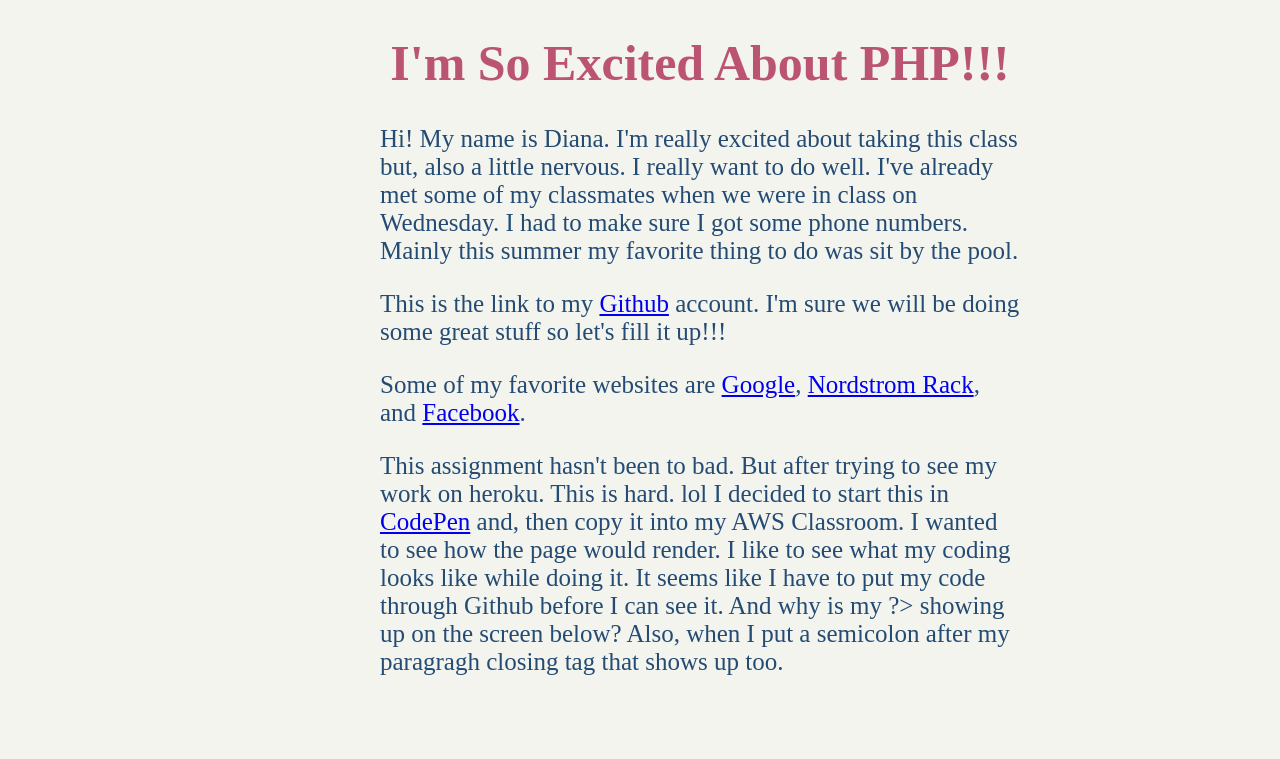
Repository: rockondiana0416/cosw30
Page: http://localhost/labwork/lab1.php
The author's editor kept a record of every edit. The page is drawn from the files as they stood at one moment, then again after the next edit.
The browser window is 1280 px wide. The pictures show the whole page.
The page is run by PHP 8.4 with error messages shown; the project is at /var/www/html/.

Above is the page before.

### labwork/lab1.php
<!doctype html>
<html>
    <head>
        <title>
            Labwork 1: Hello, World!!
        </title>

        <link href="https://fonts.googleapis.com/css?family=Fredericka+the+Great&display=swap">
        <link href="https://fonts.googleapis.com/css?family=Old+Standard+TT&display=swap">

      <style>

        h1 {
          font-size: 50px;
          text-align: center;
          color: #bb5372;
          font-family: 'Fredericka the Great', cursive;
        }
        body {
          font-family: font-family: 'Old Standard TT', serif;
          font-size: 25px;
          background: #f3f4ed;
          width: 50%;
          margin: 10px 0px 10px 380px;
          color: #244b74;
        }
      </style>
    </head>
    <body>
        <h1>I'm So Excited About PHP!!!</h1>
        <p>Hi! My name is Diana. I'm really excited about taking this class but,
        also a little nervous. I really want to do well. I've already met some of my classmates when
        we were in class on Wednesday. I had to make sure I got some phone numbers. Mainly this summer
        my favorite thing to do was sit by the pool.</p>

        <p>This is the link to my <a href='https://github.com/rockondiana0416/cosw30 target=\\"_blank\\"'>Github</a> account.
        I'm sure we will be doing some great stuff so let's fill it up!!!</p>
        <?php
            /* lab1.php
            Diana Hinchcliffe
            September 1, 2019 */

            echo "<p>Some of my favorite websites are <a href='https:www.google.com/' target='_blank'>Google</a>,
            <a href ='https://www.nordstromrack.com/' target='_blank'>Nordstrom Rack</a>, and <a href='https://www.facebook.com/'
            target=_'blank'>Facebook</a>.</p>

            <p>This assignment hasn't been to bad. But after trying to see my work on heroku. This is hard. lol I decided to start this in <a href='https://codepen.io/rockondiana/pen/yLBoWYK?editors=1100' target=_'blank'>CodePen</a>
            and, then copy it into my AWS Classroom. I wanted to see how the page would render. I like to see what my coding looks like while doing it. It seems
            like I have to put my code through Github before I can see it. And why is my ?> showing up on the screen below? Also, when I put a semicolon after my paragragh closing tag that shows up too. </p>";
        ?>
    </body>
</html>

After the next edit:
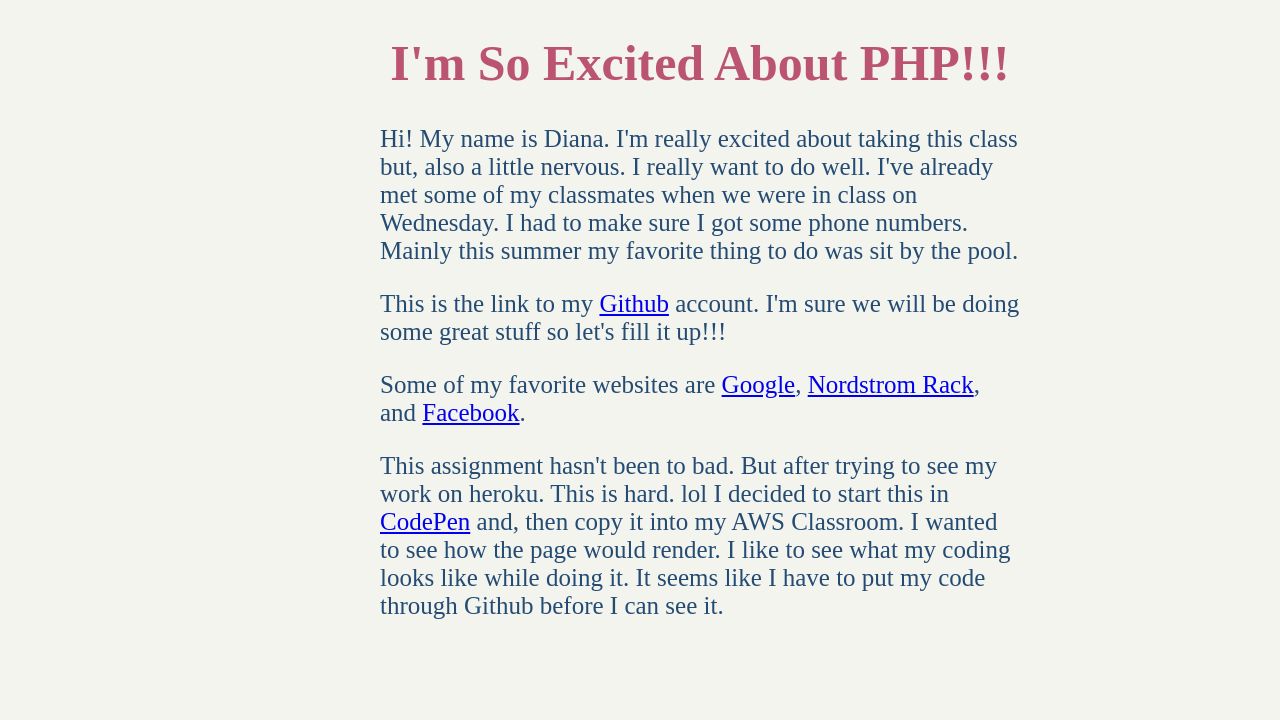
The edit:
--- a/labwork/lab1.php
+++ b/labwork/lab1.php
@@ -44,9 +44,11 @@
             <a href ='https://www.nordstromrack.com/' target='_blank'>Nordstrom Rack</a>, and <a href='https://www.facebook.com/'
             target=_'blank'>Facebook</a>.</p>
 
-            <p>This assignment hasn't been to bad. But after trying to see my work on heroku. This is hard. lol I decided to start this in <a href='https://codepen.io/rockondiana/pen/yLBoWYK?editors=1100' target=_'blank'>CodePen</a>
-            and, then copy it into my AWS Classroom. I wanted to see how the page would render. I like to see what my coding looks like while doing it. It seems
-            like I have to put my code through Github before I can see it. And why is my ?> showing up on the screen below? Also, when I put a semicolon after my paragragh closing tag that shows up too. </p>";
+            <p>This assignment hasn't been to bad. But after trying to see my work on heroku.
+            This is hard. lol I decided to start this in <a href='https://codepen.io/rockondiana/pen/yLBoWYK?editors=1100'
+            target=_'blank'>CodePen</a> and, then copy it into my AWS Classroom. I wanted to see
+            how the page would render. I like to see what my coding looks like while doing it. It seems
+            like I have to put my code through Github before I can see it. </p>";
         ?>
     </body>
 </html>
